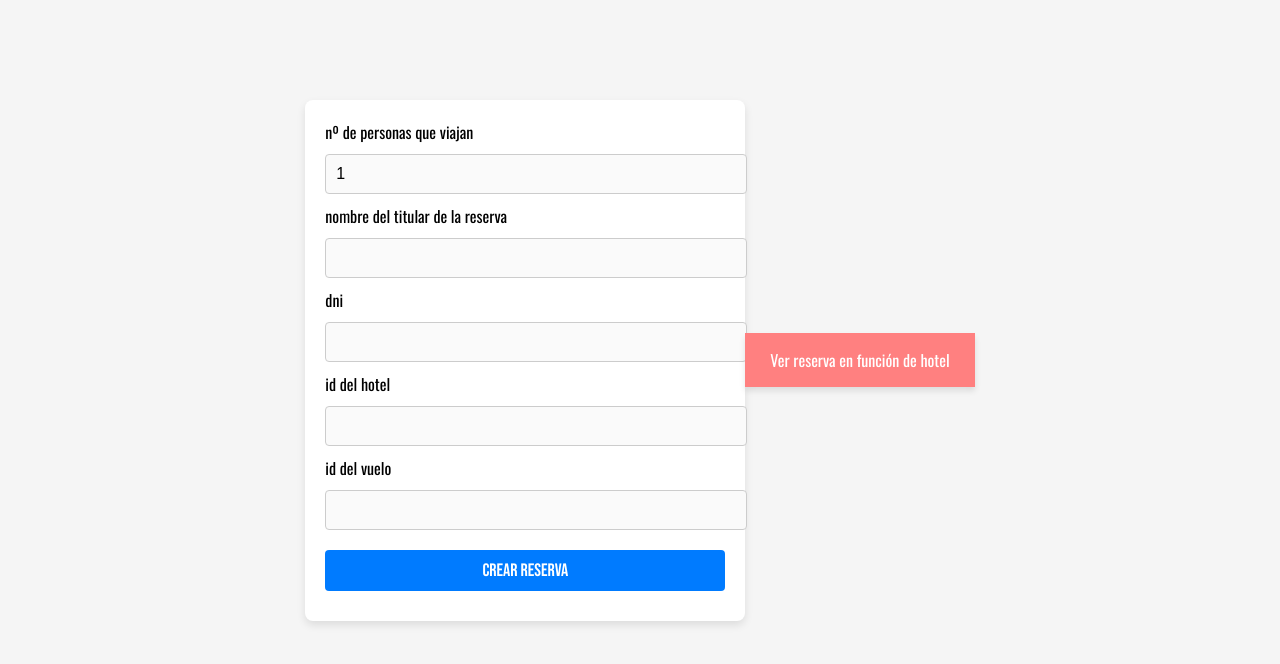
Repository: craschelf/GestionDeViajes-Microservicios
Page: http://localhost/formularioReservas
These files come from the project's save history. The page is drawn as it stood at one moment and after the next save; the edit follows.
The browser window is 1280 px wide. The pictures show the whole page.
The page is this project's Thymeleaf template; nobody is signed in. The template is opened directly, without the code that normally fills it, so the values that code supplies are empty.

Above is the page before, as saved 2024-06-06 15:06:50.

After the next save:
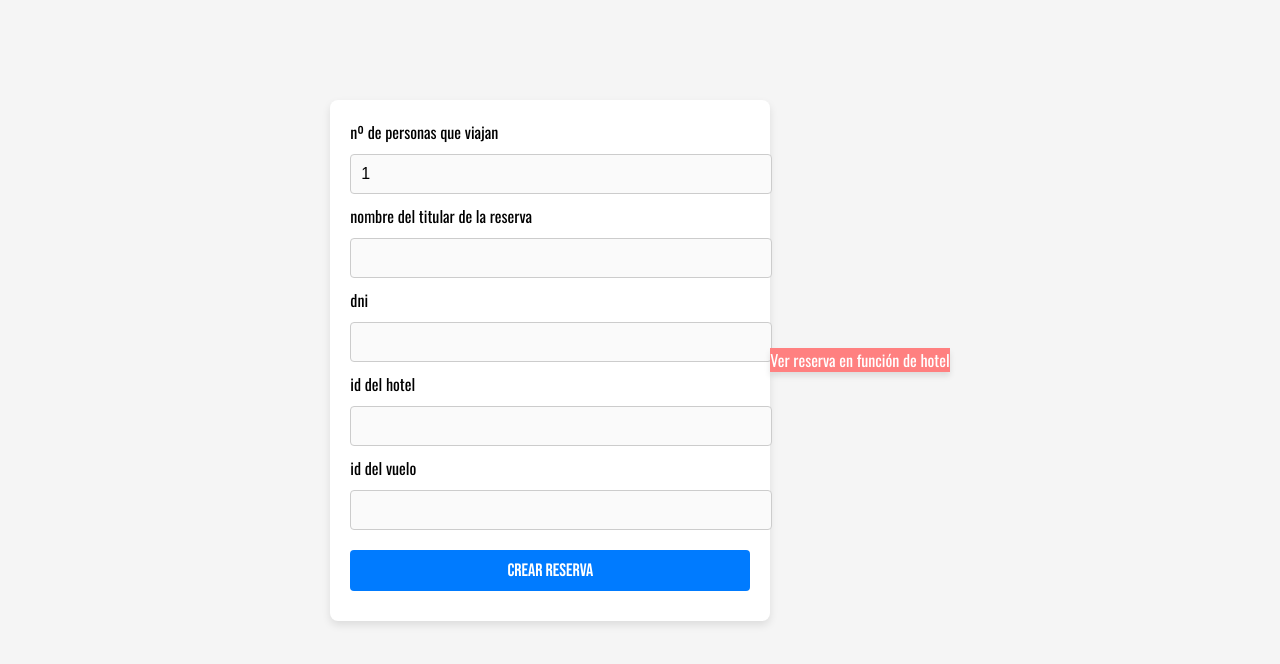
Saved 31 s later.
--- a/FrontProyectoFinal/src/main/resources/static/css/formulario.css
+++ b/FrontProyectoFinal/src/main/resources/static/css/formulario.css
@@ -56,7 +56,6 @@
 }
 
 a {
-	padding: 15px 25px;
 	text-align: Top;
 	text-decoration: none;
 	color: white;

After the save that followed:
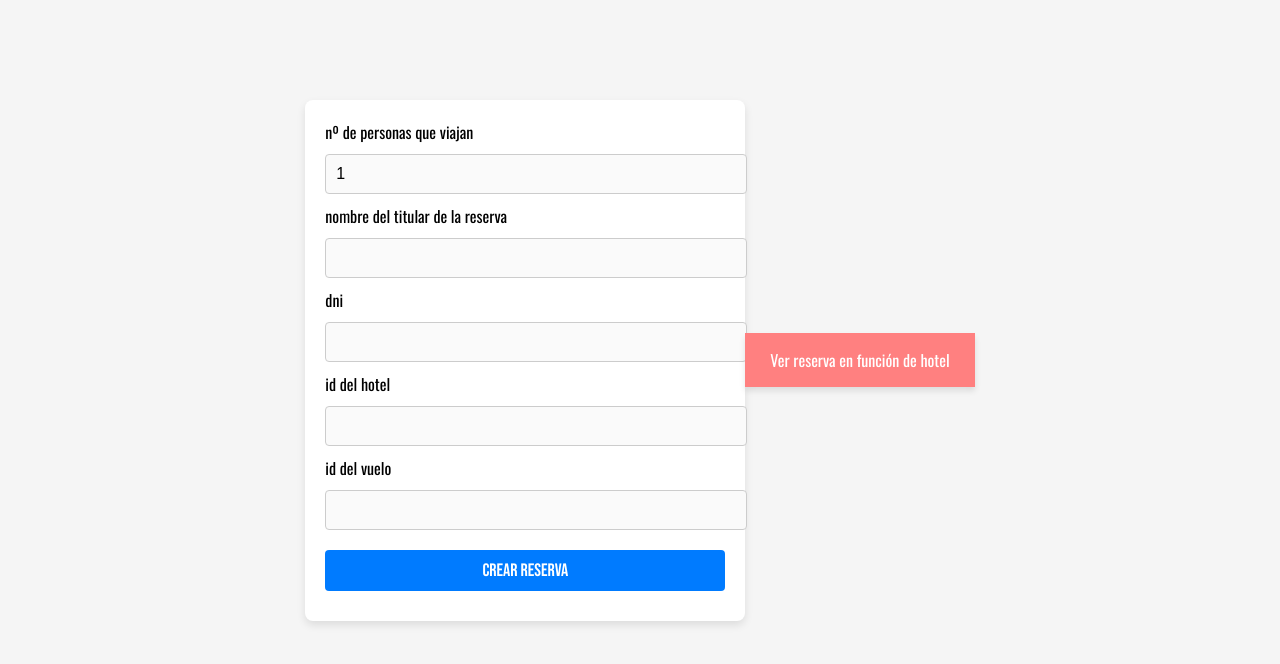
Saved 23 s later.
--- a/FrontProyectoFinal/src/main/resources/static/css/formulario.css
+++ b/FrontProyectoFinal/src/main/resources/static/css/formulario.css
@@ -56,6 +56,7 @@
 }
 
 a {
+	padding: 15px 25px;
 	text-align: Top;
 	text-decoration: none;
 	color: white;
